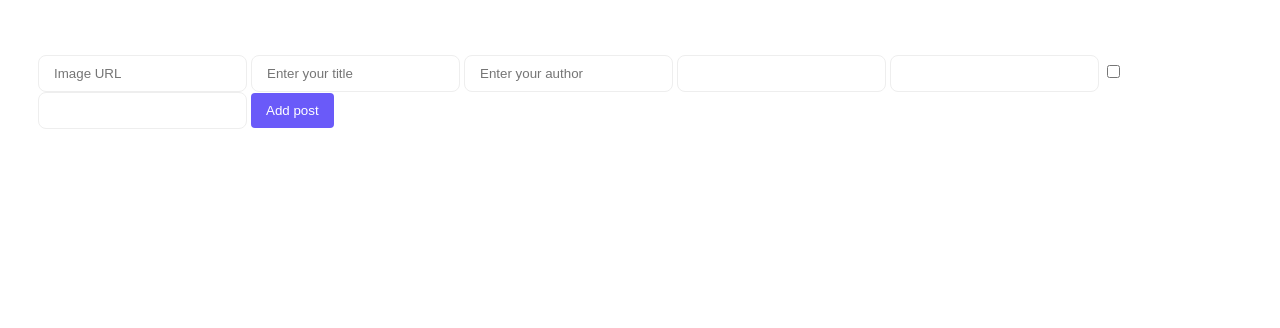
Repository: thuan711/All-about-JS
Page: api/api.html
An editor plug-in stored every save of this project. The page is shown before and after the next save, followed by the edit.
The browser window is 1280 px wide. The pictures show the whole page.

Above is the page before, as saved 2023-01-22 21:23:40.

After the next save:
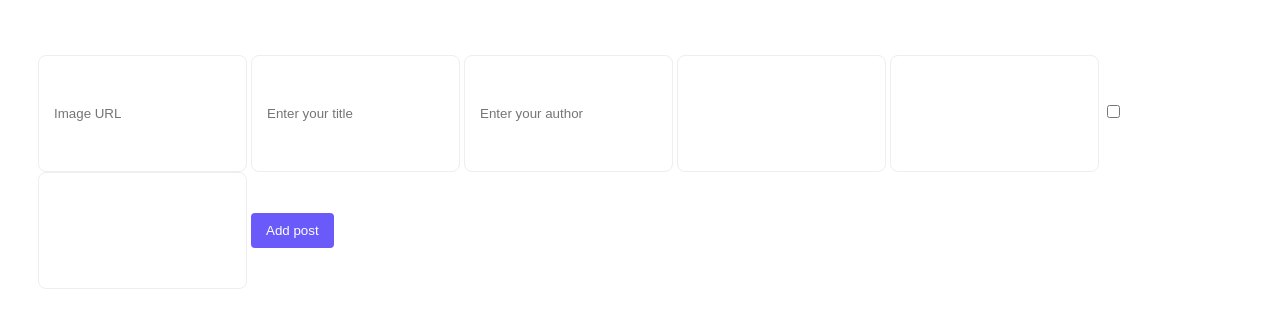
Saved 14 s later.
--- a/api/api.html
+++ b/api/api.html
@@ -120,7 +120,7 @@
             padding: 30px;
           }
           .form-post input{
-            padding: 10px 15px;
+            padding: 50px 15px;
             border: 1px solid #eee;
             border-radius: 8px;
           }
